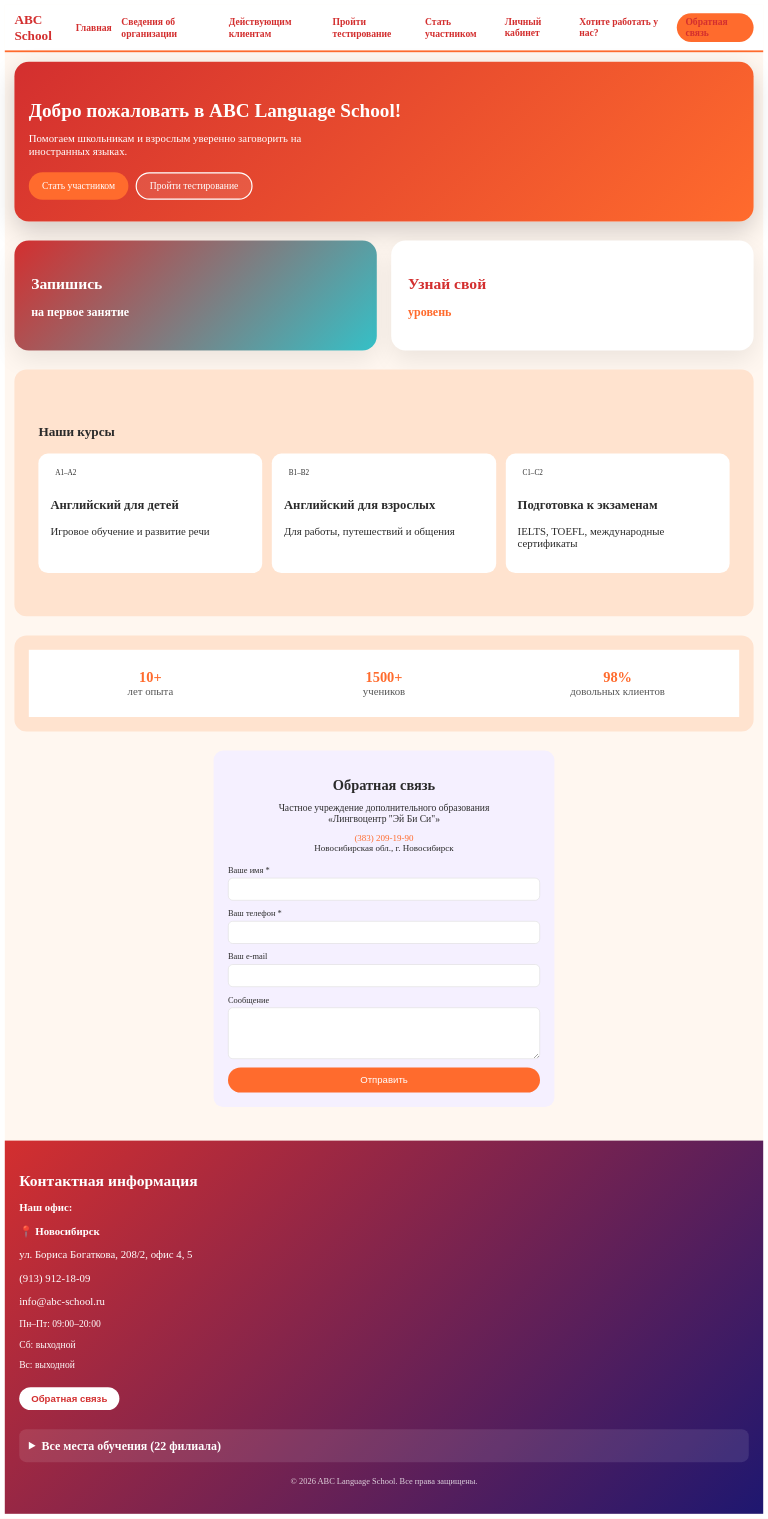
Repository: vidergooold/abc-language-school
Page: / (app in frontend/)
These files come from the project's save history. The page is drawn as it stood at one moment and after the next save; the edit follows.
The browser window is 1280 px wide. The pictures show the whole page, at 60% of full size.
The project was rebuilt for these pictures with package versions that can differ from the ones it lists, and the page was loaded fresh each time. Also part of the build but not shown: frontend/vite.config.ts, frontend/src/components/courses/CoursesFilter.vue, frontend/src/components/courses/CourseCard.vue, frontend/src/components/courses/CoursesGrid.vue, frontend/src/pages/Courses.vue, frontend/src/pages/Login.vue, frontend/src/pages/Register.vue, frontend/src/pages/Enroll.vue and 5 more.

Above is the page before, as saved 2026-01-11 18:27:52.

### frontend/src/main.ts
import { createApp } from 'vue'
import App from './App.vue'
import router from './router'
import './styles/theme.css'

import { createPinia } from 'pinia'

const pinia = createPinia()

createApp(App)
  .use(router)
  .use(pinia)
  .mount('#app')

### frontend/src/App.vue
<template>
  <div class="app">
    <Header />
    <main class="app-main">
      <router-view />
    </main>
    <Footer />
    <ScrollToTop />
  </div>
</template>

<script setup lang="ts">
import Header from './components/layout/Header.vue'
import Footer from './components/layout/Footer.vue'
import ScrollToTop from './components/ui/ScrollToTop.vue'
</script>

<style scoped>
.app {
  min-height: 100vh;
  display: flex;
  flex-direction: column;
  background: var(--bg-main);
  color: var(--text-main);
  font-size: var(--font-size-base);
}

.app-main {
  flex: 1;
  padding: 16px;
}
</style>

### frontend/src/router/index.ts
import { createRouter, createWebHistory } from 'vue-router'

import Home from '@/pages/Home.vue'
import Courses from '@/pages/Courses.vue'
import Login from '@/pages/Login.vue'
import Register from '@/pages/Register.vue'
import Enroll from '@/pages/Enroll.vue'

import AccountLayout from '@/components/layout/AccountLayout.vue'
import Profile from '@/pages/account/Profile.vue'

import Testing from '@/pages/Testing.vue'
import Jobs from '@/pages/Jobs.vue'

import { useAuthStore } from '@/stores/auth'

const router = createRouter({
  history: createWebHistory(),
  routes: [
    { path: '/', component: Home },

    // заглушки (можно временно показывать Home)
    { path: '/organization', component: Home },
    { path: '/clients', component: Home },

    // реальные страницы
    { path: '/courses', component: Courses },
    { path: '/enroll', component: Enroll },
    { path: '/login', component: Login },
    { path: '/register', component: Register },
    { path: '/testing', component: Testing },
    { path: '/jobs', component: Jobs },

    {
      path: '/account',
      component: AccountLayout,
      meta: { requiresAuth: true },
      children: [
        {
          path: '',
          component: Profile,
        },
      ],
    },
  ],
})

router.beforeEach((to) => {
  const auth = useAuthStore()
  if (to.meta.requiresAuth && !auth.token) {
    return '/login'
  }
})

export default router

### frontend/src/styles/theme.css
:root {
  /* Цвета */
  --bg-main: #fff7f0; /* тёплый фон страницы */
  --bg-white: #ffffff;
  --brand-orange: #ff6b2d; /* яркий оранжевый */
  --brand-red: #e53935;    /* акцентный красный */
  --brand-purple: #d32f2f; /* тёмно-красный */

  --text-main: #2b2b2b;
  --text-secondary: #555555;

  /* Типографика */
  --font-size-base: 18px;
  --font-size-h1: 32px;
  --font-size-h2: 26px;
  --font-size-h3: 20px;

  /* Прочее */
  --border-radius: 16px;
}

### frontend/src/components/layout/Header.vue
<template>
  <header class="header">
    <div class="logo">ABC School</div>

    <nav class="nav">
      <RouterLink to="/">Главная</RouterLink>

      <div class="nav-item nav-dropdown">
        <span>Сведения об организации</span>
        <div class="nav-dropdown__menu">
          <RouterLink to="/organization#main">Основные сведения</RouterLink>
          <RouterLink to="/organization#structure">
            Структура и управление
          </RouterLink>
          <RouterLink to="/organization#docs">Документы</RouterLink>
          <RouterLink to="/organization#education">Образование</RouterLink>
          <RouterLink to="/organization#staff">Педагогический состав</RouterLink>
          <RouterLink to="/organization#services">
            Платные образовательные услуги
          </RouterLink>
          <RouterLink to="/organization#finance">
            Финансово-хозяйственная деятельность
          </RouterLink>
        </div>
      </div>

      <div class="nav-item nav-dropdown">
        <span>Действующим клиентам</span>
        <div class="nav-dropdown__menu">
          <RouterLink to="/clients#important">Важная информация</RouterLink>
          <RouterLink to="/clients#holidays">
            Каникулы и выходные дни
          </RouterLink>
          <RouterLink to="/clients#payment">
            Оплата, перерасчет, возврат
          </RouterLink>
          <RouterLink to="/clients#tax">
            Налоговый вычет
          </RouterLink>
        </div>
      </div>

      <div class="nav-item nav-dropdown">
        <span>Пройти тестирование</span>
        <div class="nav-dropdown__menu">
          <RouterLink to="/testing#1-5">1–5 классы</RouterLink>
          <RouterLink to="/testing#6-8">6–8 классы</RouterLink>
          <RouterLink to="/testing#9-11">
            9–11 классы, взрослые
          </RouterLink>
        </div>
      </div>

      <div class="nav-item nav-dropdown">
        <span>Стать участником</span>
        <div class="nav-dropdown__menu">
          <RouterLink to="/enroll#child">Анкета школьника</RouterLink>
          <RouterLink to="/enroll#adult">Анкета взрослого</RouterLink>
          <RouterLink to="/enroll#preschool">
            Анкета дошкольника
          </RouterLink>
        </div>
      </div>

      <RouterLink to="/account" class="nav-item">
        Личный кабинет
      </RouterLink>

      <RouterLink to="/jobs" class="nav-item">
        Хотите работать у нас?
      </RouterLink>

      <RouterLink to="/#feedback" class="nav-item nav-feedback">
        Обратная связь
      </RouterLink>
    </nav>
  </header>
</template>

<script setup lang="ts">
import { RouterLink } from 'vue-router'
</script>

<style scoped>
.header {
  display: flex;
  justify-content: space-between;
  align-items: center;
  padding: 12px 16px;
  background: #ffffff;
  border-bottom: 3px solid var(--brand-orange);
}

.logo {
  font-weight: 700;
  font-size: 22px;
  color: var(--brand-purple);
}

.nav {
  display: flex;
  gap: 16px;
  align-items: center;
}

.nav a,
.nav-item span {
  font-size: 16px;
  font-weight: 600;
  color: var(--brand-purple);
  text-decoration: none;
}

.nav-item {
  position: relative;
  cursor: pointer;
}

/* выпадающие меню */
.nav-dropdown__menu {
  display: none;
  position: absolute;
  top: 120%;
  left: 0;
  flex-direction: column;
  background: #fff7f0;
  padding: 8px 0;
  border-radius: 10px;
  box-shadow: 0 6px 18px rgba(0, 0, 0, 0.18);
  min-width: 240px;
  z-index: 10;
}

.nav-dropdown:hover .nav-dropdown__menu {
  display: flex;
}

.nav-dropdown__menu a {
  padding: 6px 12px;
  white-space: nowrap;
  font-size: 14px;
}

.nav-dropdown__menu a:hover {
  background: #ffe3cf;
}

.nav-feedback {
  padding: 6px 14px;
  border-radius: 999px;
  background: var(--brand-orange);
  color: #ffffff;
}
</style>

### frontend/src/components/ui/ScrollToTop.vue
<template>
  <button
    v-if="visible"
    class="scroll-top"
    @click="scrollToTop"
    aria-label="Наверх"
  >
    ↑
  </button>
</template>

<script setup lang="ts">
import { onMounted, onBeforeUnmount, ref } from 'vue'

const visible = ref(false)

function onScroll() {
  visible.value = window.scrollY > 300
}

function scrollToTop() {
  window.scrollTo({ top: 0, behavior: 'smooth' })
}

onMounted(() => {
  window.addEventListener('scroll', onScroll)
})

onBeforeUnmount(() => {
  window.removeEventListener('scroll', onScroll)
})
</script>

<style scoped>
.scroll-top {
  position: fixed;
  right: 16px;
  bottom: 24px;
  width: 40px;
  height: 40px;
  border-radius: 999px;
  border: none;
  background: var(--brand-orange);
  color: #fff;
  font-size: 22px;
  cursor: pointer;
  box-shadow: 0 4px 10px rgba(0, 0, 0, 0.2);
}
</style>

### frontend/src/pages/Home.vue
<template>
  <div class="home">
    <!-- Hero -->
    <section class="hero">
      <div class="hero__content">
        <h1 class="hero__title">
          Добро пожаловать в ABC Language School!
        </h1>
        <p class="hero__text">
          Помогаем школьникам и взрослым уверенно заговорить
          на иностранных языках.
        </p>

        <div class="hero__actions">
          <RouterLink to="/enroll" class="btn btn-primary">
            Стать участником
          </RouterLink>
          <RouterLink to="/testing" class="btn btn-secondary">
            Пройти тестирование
          </RouterLink>
        </div>
      </div>
    </section>

    <!-- Двойной блок: Запишись / Узнай уровень -->
    <section class="cta-cards">
      <div class="cta-card cta-card--enroll" @click="goToEnroll">
        <p class="cta-card__title">Запишись</p>
        <p class="cta-card__subtitle">на первое занятие</p>
      </div>

      <div class="cta-card cta-card--level" @click="goToTesting">
        <p class="cta-card__title">Узнай свой</p>
        <p class="cta-card__subtitle">
          <span class="accent">уровень</span>
        </p>
      </div>
    </section>

    <!-- Превью курсов (убрали повторный заголовок) -->
    <section class="section">
      <CoursesPreview />
    </section>

    <!-- Блок преимуществ / статистики -->
    <section class="section">
      <StatsBlock />
    </section>

    <!-- Обратная связь -->
    <section id="feedback" class="section feedback-section">
      <FeedbackForm />
    </section>
  </div>
</template>

<script setup lang="ts">
import { RouterLink, useRouter } from 'vue-router'
import CoursesPreview from '@/components/home/CoursesPreview.vue'
import StatsBlock from '@/components/home/StatsBlock.vue'
import FeedbackForm from '@/components/home/FeedbackForm.vue'

const router = useRouter()

function goToEnroll() {
  router.push('/enroll')
}

function goToTesting() {
  router.push('/testing')
}
</script>

<style scoped>
.home {
  display: flex;
  flex-direction: column;
  gap: 32px;
}

/* Hero */
.hero {
  background: linear-gradient(135deg, var(--brand-purple), var(--brand-orange));
  color: #ffffff;
  border-radius: 24px;
  padding: 36px 24px;
  box-shadow: 0 16px 40px rgba(0, 0, 0, 0.18);
}

.hero__title {
  font-size: var(--font-size-h1);
  font-weight: 700;
  margin-bottom: 12px;
}

.hero__text {
  font-size: 18px;
  margin-bottom: 24px;
  max-width: 520px;
}

.hero__actions {
  display: flex;
  flex-wrap: wrap;
  gap: 12px;
}

.btn {
  display: inline-flex;
  align-items: center;
  justify-content: center;
  padding: 12px 22px;
  border-radius: 999px;
  font-size: 16px;
  text-decoration: none;
  cursor: pointer;
}

.btn-primary {
  background: var(--brand-orange);
  color: #ffffff;
}

.btn-secondary {
  border: 2px solid #ffffff;
  color: #ffffff;
  background: rgba(255, 255, 255, 0.1);
}

/* Две крупные плитки */
.cta-cards {
  display: grid;
  grid-template-columns: repeat(2, minmax(0, 1fr));
  gap: 24px;
}

.cta-card {
  border-radius: 24px;
  padding: 32px 28px;
  cursor: pointer;
  box-shadow: 0 16px 40px rgba(0, 0, 0, 0.08);
  transition: transform 0.15s ease, box-shadow 0.15s ease;
}

.cta-card--enroll {
  background: linear-gradient(135deg, var(--brand-purple), #35c0c7);
  color: #ffffff;
}

.cta-card--level {
  background: #ffffff;
  color: var(--brand-purple);
}

.cta-card__title {
  font-size: 26px;
  font-weight: 700;
  margin-bottom: 6px;
}

.cta-card__subtitle {
  font-size: 20px;
  font-weight: 600;
}

.cta-card__subtitle .accent {
  color: var(--brand-orange);
}

.cta-card:hover {
  transform: translateY(-4px);
  box-shadow: 0 20px 50px rgba(0, 0, 0, 0.12);
}

/* Оранжевые секции */
.section {
  background: #ffe3cf;
  border-radius: 20px;
  padding: 24px;
}

.feedback-section {
  background: transparent;
  padding: 0;
}
</style>

### frontend/src/stores/auth.ts
import { defineStore } from 'pinia'
import http from '@/api/http'

export const useAuthStore = defineStore('auth', {
  state: () => ({
    token: localStorage.getItem('token') as string | null,
  }),

  actions: {
    async login(email: string, password: string) {
      const res = await http.post('/auth/login', { email, password })
      this.token = res.data.access_token
      localStorage.setItem('token', this.token!)
    },
    logout() {
      this.token = null
      localStorage.removeItem('token')
    },
  },
})

### frontend/src/components/home/CoursesPreview.vue
<template>
  <section class="courses">
    <h2 class="section-title">Наши курсы</h2>

    <div class="courses-grid">
      <div class="course-card">
        <span class="level">A1–A2</span>
        <h3>Английский для детей</h3>
        <p>Игровое обучение и развитие речи</p>
      </div>

      <div class="course-card">
        <span class="level">B1–B2</span>
        <h3>Английский для взрослых</h3>
        <p>Для работы, путешествий и общения</p>
      </div>

      <div class="course-card">
        <span class="level">C1–C2</span>
        <h3>Подготовка к экзаменам</h3>
        <p>IELTS, TOEFL, международные сертификаты</p>
      </div>
    </div>
  </section>
</template>

<style scoped>
.courses {
  padding: 48px 16px;
}

.section-title {
  font-size: 22px;
  margin-bottom: 24px;
}

.courses-grid {
  display: grid;
  grid-template-columns: 1fr;
  gap: 16px;
}

.course-card {
  background: var(--bg-white);
  padding: 20px;
  border-radius: var(--border-radius);
}

.course-card .level {
  display: inline-block;
  background: var(--brand-yellow);
  padding: 4px 8px;
  border-radius: 6px;
  font-size: 12px;
  margin-bottom: 8px;
}

@media (min-width: 768px) {
  .courses-grid {
    grid-template-columns: repeat(3, 1fr);
  }
}
</style>

### frontend/src/components/home/StatsBlock.vue
<template>
  <section class="stats">
    <div class="stats__item">
      <strong>10+</strong>
      <span>лет опыта</span>
    </div>

    <div class="stats__item">
      <strong>1500+</strong>
      <span>учеников</span>
    </div>

    <div class="stats__item">
      <strong>98%</strong>
      <span>довольных клиентов</span>
    </div>
  </section>
</template>

<style scoped>
.stats {
  display: grid;
  grid-template-columns: 1fr;
  gap: 16px;
  padding: 32px 16px;
  background: var(--bg-white);
}

.stats__item {
  text-align: center;
}

.stats__item strong {
  font-size: 24px;
  color: var(--brand-orange);
}

.stats__item span {
  display: block;
  color: var(--text-secondary);
}

@media (min-width: 768px) {
  .stats {
    grid-template-columns: repeat(3, 1fr);
  }
}
</style>

### frontend/src/components/home/FeedbackForm.vue
<template>
  <div class="feedback">
    <h2 class="feedback__title">Обратная связь</h2>

    <p class="feedback__org">
      Частное учреждение дополнительного образования<br />
      «Лингвоцентр &quot;Эй Би Си&quot;»
    </p>

    <p class="feedback__contact">
      <a href="tel:+73832091990">(383) 209-19-90</a><br />
      Новосибирская обл., г. Новосибирск
    </p>

    <form class="feedback__form" @submit.prevent="submit">
      <div class="field">
        <label>Ваше имя *</label>
        <input v-model="name" type="text" required />
      </div>

      <div class="field">
        <label>Ваш телефон *</label>
        <input v-model="phone" type="tel" required />
      </div>

      <div class="field">
        <label>Ваш e‑mail</label>
        <input v-model="email" type="email" />
      </div>

      <div class="field">
        <label>Сообщение</label>
        <textarea v-model="message" rows="4" />
      </div>

      <button class="submit-btn" type="submit">
        Отправить
      </button>
    </form>
  </div>
</template>

<script setup lang="ts">
import { ref } from 'vue'

const name = ref('')
const phone = ref('')
const email = ref('')
const message = ref('')

function submit() {
  // здесь позже можно добавить отправку на backend
  alert('Спасибо! Мы свяжемся с вами.')
}
</script>

<style scoped>
.feedback {
  max-width: 520px;
  margin: 0 auto;
  padding: 24px;
  background: #f5f0ff;
  border-radius: 16px;
}

.feedback__title {
  font-size: 24px;
  margin-bottom: 12px;
  text-align: center;
}

.feedback__org {
  font-size: 16px;
  text-align: center;
  margin-bottom: 8px;
}

.feedback__contact {
  font-size: 15px;
  text-align: center;
  margin-bottom: 20px;
}

.feedback__contact a {
  color: var(--brand-orange);
  text-decoration: none;
}

.feedback__form .field {
  display: flex;
  flex-direction: column;
  margin-bottom: 14px;
}

.feedback__form label {
  font-size: 14px;
  margin-bottom: 4px;
}

.feedback__form input,
.feedback__form textarea {
  padding: 10px;
  border-radius: 8px;
  border: 1px solid #ddd;
  font-size: 14px;
}

.submit-btn {
  width: 100%;
  padding: 12px;
  border-radius: 999px;
  border: none;
  background: var(--brand-orange);
  color: #fff;
  font-size: 16px;
  cursor: pointer;
}
</style>

### frontend/src/api/http.ts
import axios from 'axios'
import { useAuthStore } from '@/stores/auth'

const http = axios.create({
  baseURL: 'http://localhost:8000/api/v1',
  headers: {
    'Content-Type': 'application/json',
  },
})

// автоматически добавляем JWT, если есть
http.interceptors.request.use((config) => {
  const authStore = useAuthStore()
  if (authStore.token) {
    config.headers = config.headers || {}
    config.headers.Authorization = `Bearer ${authStore.token}`
  }
  return config
})

export default http

Loaded but not shown: frontend/index.html (common file); frontend/src/components/layout/Footer.vue (389 lines, source omitted)

After the next save:
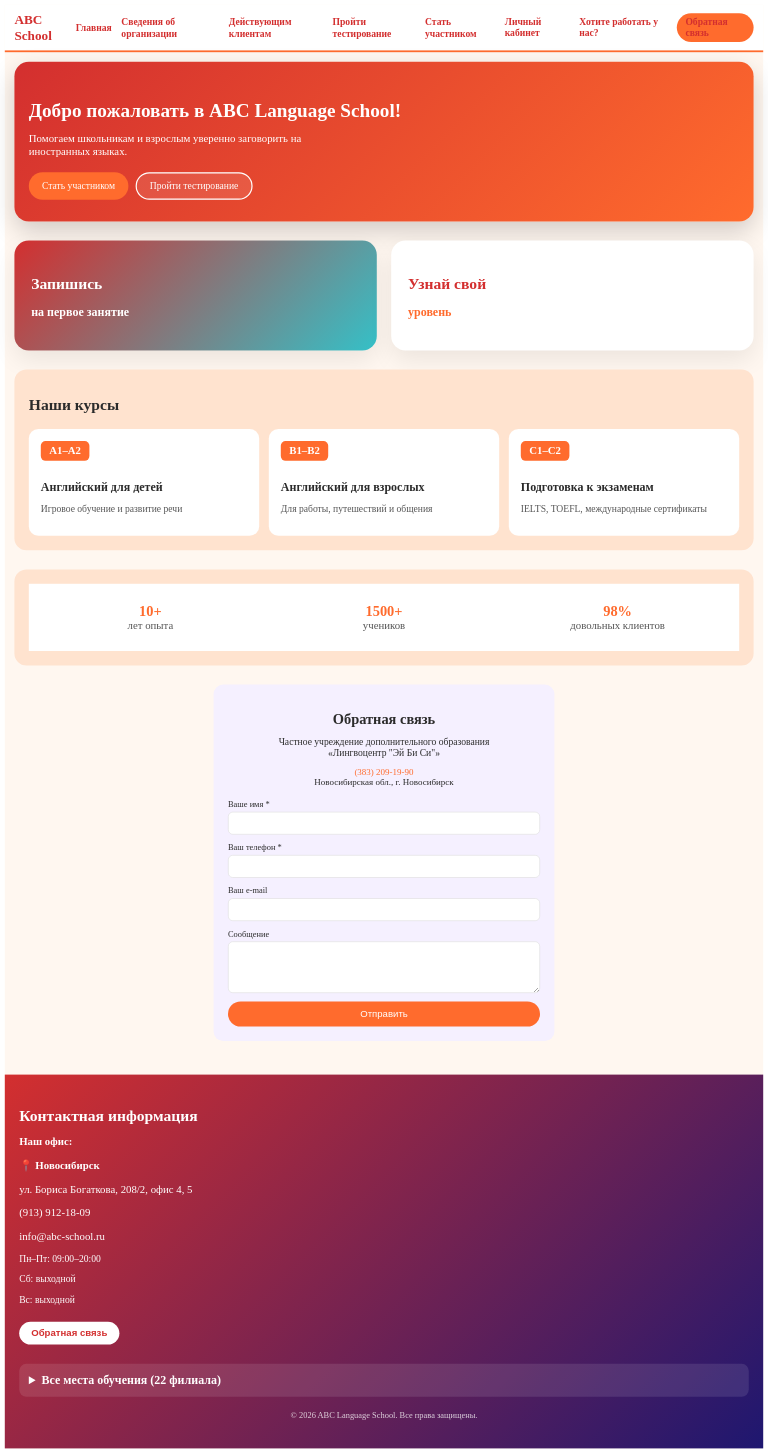
Saved 43 s later.
--- a/frontend/src/components/home/CoursesPreview.vue
+++ b/frontend/src/components/home/CoursesPreview.vue
@@ -26,11 +26,12 @@
 
 <style scoped>
 .courses {
-  padding: 48px 16px;
+  padding: 0;
 }
 
 .section-title {
-  font-size: 22px;
+  font-size: 26px;
+  font-weight: 700;
   margin-bottom: 24px;
 }
 
@@ -48,11 +49,23 @@
 
 .course-card .level {
   display: inline-block;
-  background: var(--brand-yellow);
-  padding: 4px 8px;
-  border-radius: 6px;
-  font-size: 12px;
+  background: var(--brand-orange);
+  color: #ffffff;
+  padding: 6px 14px;
+  border-radius: 8px;
+  font-size: 18px; /* увеличили с 12px */
+  font-weight: 700;
+  margin-bottom: 12px;
+}
+
+.course-card h3 {
+  font-size: 20px;
   margin-bottom: 8px;
+}
+
+.course-card p {
+  font-size: 16px;
+  color: var(--text-secondary);
 }
 
 @media (min-width: 768px) {
